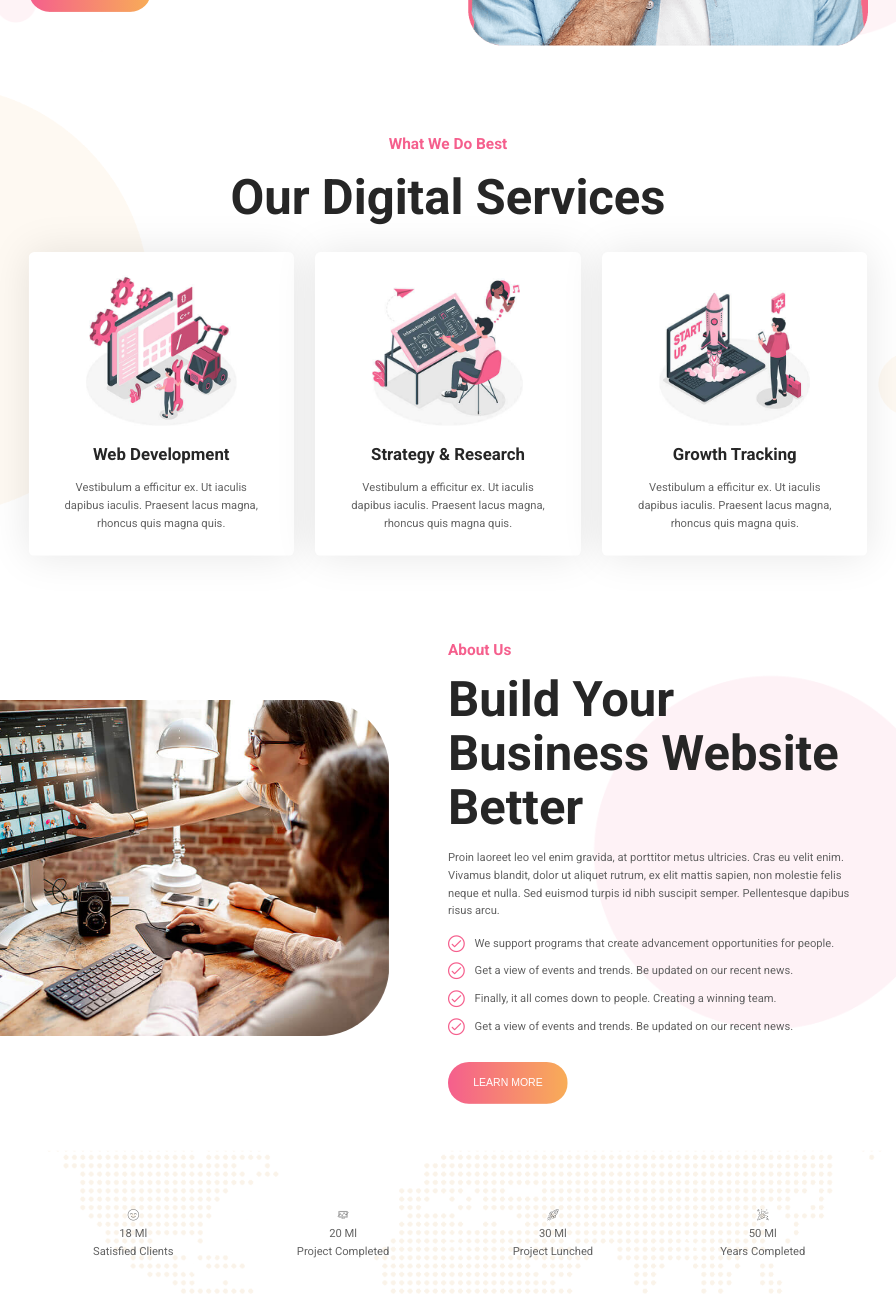
Repository: ducdatit2002/samar
Page: index.html
These files come from the project's save history. The page is drawn as it stood at one moment and after the next save; the edit follows.
The browser window is 1280 px wide. The pictures show the part of the page from y = 710 to 2630 px (the page is 2560 px tall before and 2630 px after), at 70% of full size.

Above is the page before, as saved 2023-07-27 09:57:26.

After the next save:
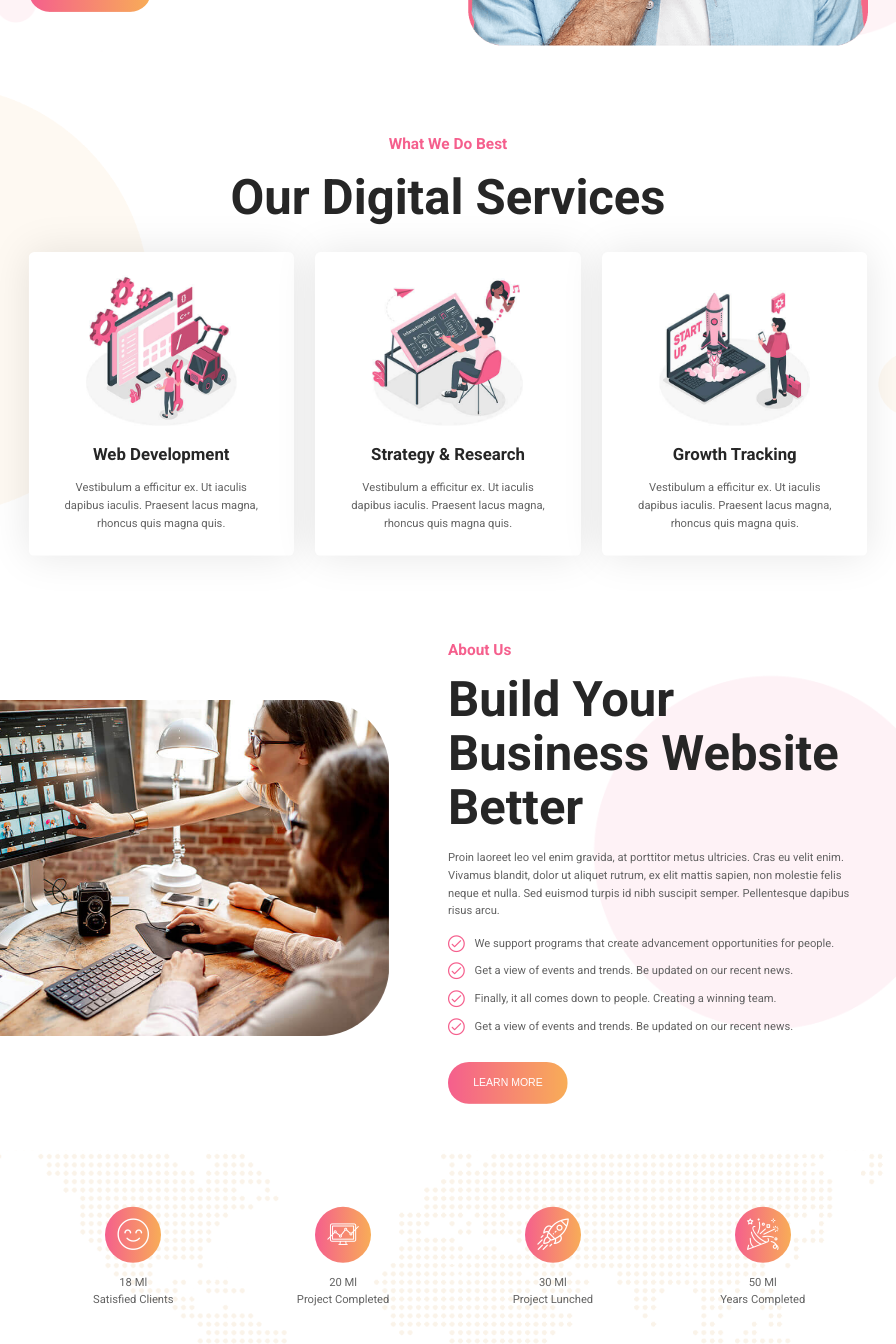
Saved 12 s later.
--- a/index.css
+++ b/index.css
@@ -241,7 +241,18 @@ header {
 .number__item {
     width: 25%;
 }
-
+.number__item i {
+    font-size: 45px;
+    background-image: linear-gradient(to right, #f55f8d 0, #f8ae56 51%, #f55f8d 100%);
+    background-size: 200%;
+    color: #fff;
+    width: 80px;
+    height: 80px;
+    line-height: 80px;
+    display: inline-block;
+    border-radius: 50%;
+    margin-bottom: 15px;
+}
 
 /*Animation */
 @keyframes upToDown {
